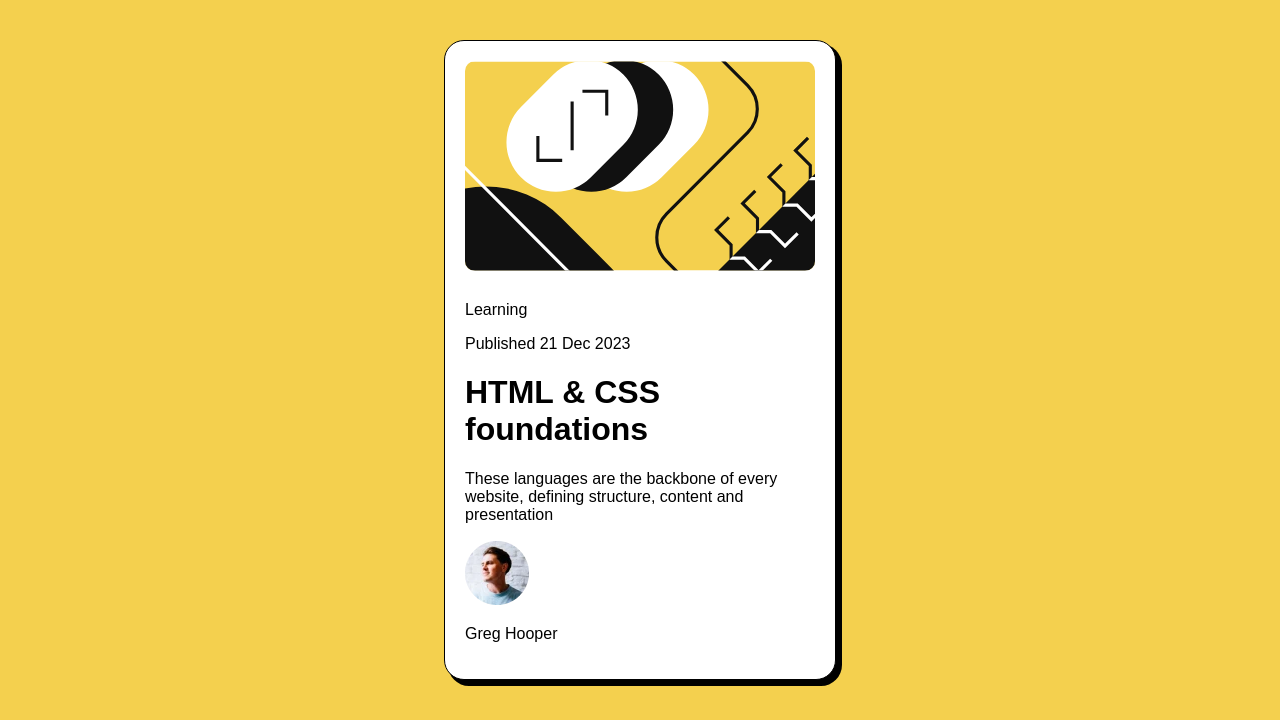
Repository: brandontaylor1/blogpreviewcard
Page: index.html
These files come from the project's save history. The page is drawn as it stood at one moment and after a run of saves; the edit follows.
The browser window is 1280 px wide. The pictures show the whole page.
The pointer rests on the first visible `.container`.

Above is the page before, as saved 2024-12-25 11:04:35.

### index.html
<!DOCTYPE html>
<html lang="en">
<head>
    <meta charset="UTF-8">
    <meta name="viewport" content="width=device-width, initial-scale=1.0">
    <link rel="stylesheet" href="./index.css">
    <title>HTML & CSS Foundations</title>
</head>
<body>
    <main class="container">
        <div class="img-container">
            <img src="./images/illustration-article.svg" class="heading-img" alt="">
        </div>
        <div class="card-content">
            <p>Learning</p>
            <p>Published 21 Dec 2023</p>
            <h1>HTML & CSS foundations</h1>
            <p>These languages are the backbone of every website, defining structure, content and presentation</p>
        </div>
        <div class="user-footer">
            <img src="./images/image-avatar.webp" alt="person-image">
            <p>Greg Hooper</p>
        </div>
    </main>

    <script src="index.js"></script>
</body>
</html>

### index.css
:root {
    /* COLORS */
    --primary-yellow: hsl(47, 88%, 63%);
    --primary-white: hsl(0, 0%, 100%);
    --primary-gray-reg: hsl(0, 0%, 42%);
    --primary-gray-bold: hsl(0, 0%, 7%);

    --main-font-size: 16px;

    --main-font-family: 'Figtree', sans-serif;
    --main-font-weight-reg: 500;
    --main-font-weight-bold: 800;
}


body {
    box-sizing: border-box;
    margin: 0;
    padding: 0;
    height: 100vh;
    font-family: var(--main-font-family);
    display: flex;
    align-items: center;
    justify-content: center;
    background-color: var(--primary-yellow);
}

.container {
    max-width: 1440px;
    width: 400px;
    margin: 0 auto;
    padding: 0 20px;
    background-color: var(--primary-white);
    width: 350px;
    padding: 20px;
    border-radius: 20px;
    border: 1px solid black;
    box-shadow: 5px 5px 0 1px rgba(0, 0, 0, 1);
}

.heading-img {
    width: 100%;
    margin-bottom: 10px;
    border-radius: 10px;
}

Loaded but not shown: index.js (no stored copy; drawn as an empty file)

After the next 4 saves:
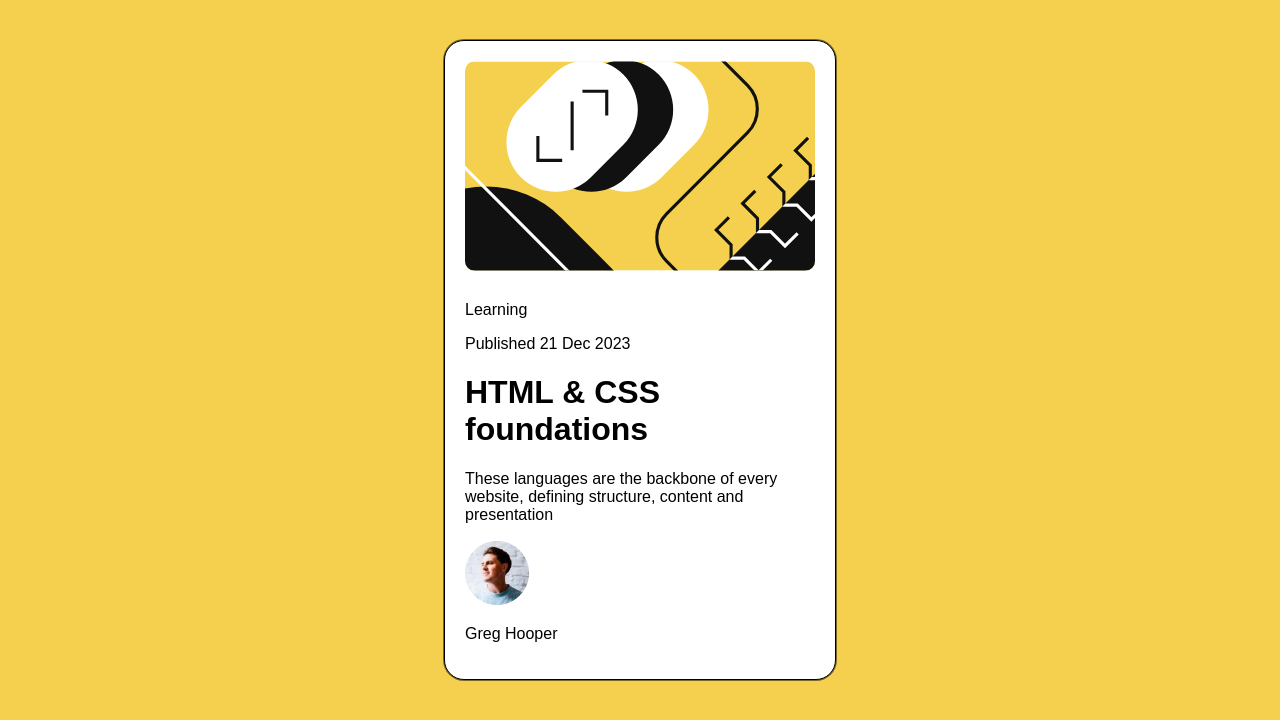
The 4 saves are shown as one change because they came seconds apart.
The last was saved 14 s later.
--- a/index.css
+++ b/index.css
@@ -43,3 +43,8 @@ body {
     margin-bottom: 10px;
     border-radius: 10px;
 }
+
+
+.container:hover {
+    box-shadow: 0px 0px 0 1px rgba(0, 0, 0, 0.5);
+}
